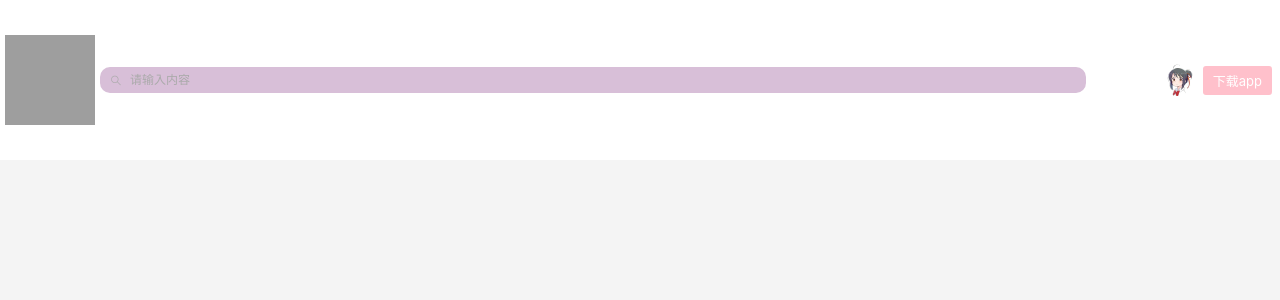
Repository: caiys666/bilibili
Page: /#/userinfo
An editor plug-in stored every save of this project. The page is shown before and after the next save, followed by the edit.
The browser window is 1280 px wide. The pictures show the whole page.
Pictures or frames that could not be fetched are drawn as grey boxes. The project was rebuilt for these pictures with package versions that can differ from the ones it lists, and the page was loaded fresh each time. Also part of the build but not shown: vue.config.js, src/components/HelloWorld.vue, src/views/Home.vue.

Above is the page before, as saved 2020-10-01 21:39:27.

After the next save:
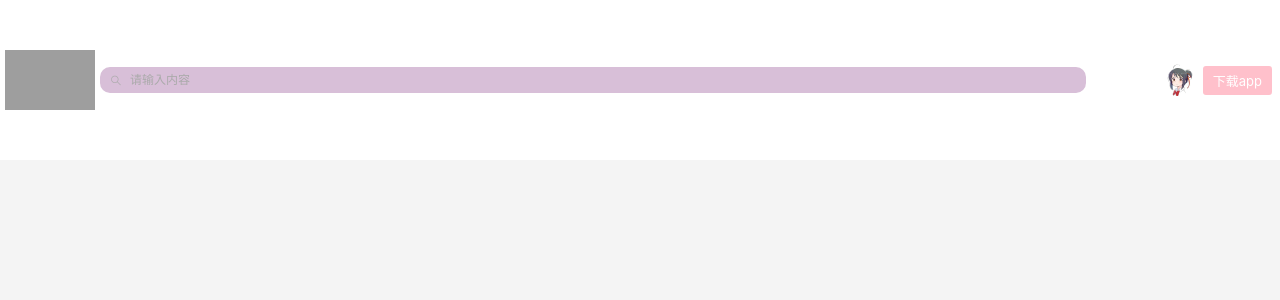
Saved 7 s later.
--- a/src/components/commn/Navbar.vue
+++ b/src/components/commn/Navbar.vue
@@ -77,6 +77,6 @@
 }
 .logo img{
     width: 90px;
-    height: 90px;
+    height: 60px;
 }
 </style>
